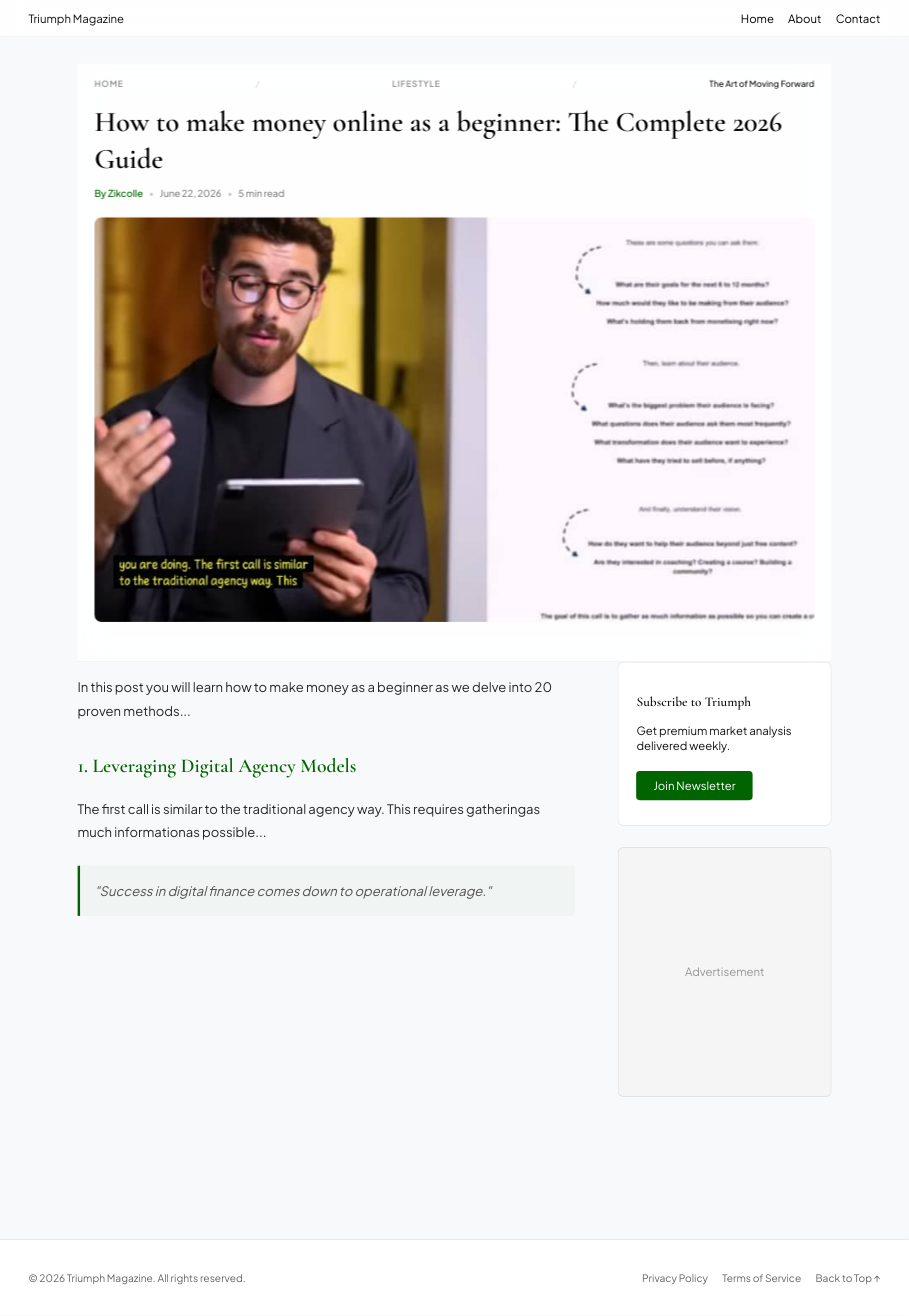
Repository: zikcolle/Triumph-Blog
Page: post.html
These files come from the project's save history. The page is drawn as it stood at one moment and after a run of saves; the edit follows.
The browser window is 1280 px wide. The pictures show the whole page, at 71% of full size.

Above is the page before, as saved 2026-06-23 12:44:24.

### post.html
<!DOCTYPE html>
<html lang="en">

<head>
    <meta charset="UTF-8">
    <meta name="viewport" content="width=device-width, initial-scale=1.0">
    <title>Triumph Magazine</title>
    <link rel="stylesheet" href="styles.css">
    <link rel="preconnect" href="https://fonts.googleapis.com">
    <link rel="preconnect" href="https://fonts.gstatic.com" crossorigin>
    <link
        href="https://fonts.googleapis.com/css2?family=Cormorant+Garamond:ital,wght@0,400;0,600;1,400&family=Plus+Jakarta+Sans:wght@300;400;500;600&display=swap"
        rel="stylesheet">
</head>

<body>
    <header>
        <nav>
            <div class="logo">Triumph Magazine</div>
            <button class="menu-toggle" aria-label="Toggle menu" onclick="toggleMenu()">
                <span></span>
                <span></span>
                <span></span>
            </button>

            <ul id="nav-links">
                <li><a href="#">Home</a></li>
                <li><a href="/about-us">About</a></li>
                <li><a href="/contact-us">Contact</a></li>
            </ul>
        </nav>
    </header>


    <main>
        <article class="post-container">

            <header class="post-header">
                <nav class="breadcrumbs" aria-label="Breadcrumb">
                    <a href="index.html" class="breadcrumb-link">Home</a>
                    <span class="breadcrumb-separator">/</span>
                    <a href="#" class="breadcrumb-link">Lifestyle</a> <span class="breadcrumb-separator">/</span>
                    <span class="breadcrumb-current">The Art of Moving Forward</span>
                </nav>
                <h1>How to make money online as a beginner: The Complete 2026 Guide</h1>

                <div class="post-meta">
                    <span class="meta-author">By Zikcolle</span>
                    <span class="meta-divider">&bull;</span>
                    <span class="meta-date">June 22, 2026</span>
                    <span class="meta-divider">&bull;</span>
                    <span class="meta-time">5 min read</span>
                </div>

                <img src="simage\postiman.jpeg" class="post-hero-image">
            </header>

            <div class="post-body-split">

                <!--  The 70% Left Side -->
                <section class="post-content">
                    <p>In this post you will learn how to make money as a beginner as we delve into 20 proven methods...
                    </p>
                    <h2>1. Leveraging Digital Agency Models</h2>
                    <p>The first call is similar to the traditional agency way. This requires gatheringas much
                        informationas possible...</p>
                    <blockquote>"Success in digital finance comes down to operational leverage."</blockquote>
                </section>

                <!--  The 30% Left Side -->
                <aside class="post-sidebar">
                    <div class="sidebar-widget">
                        <h3>Subscribe to Triumph</h3>
                        <p>Get premium market analysis delivered weekly.</p>
                        <!-- Placeholder for future email input-->
                        <a href="#" class="view-more">Join Newsletter</a>
                    </div>

                    <div class="sidebar-widget ad-space">
                        <!-- Placeholder for future Google Adsesne-->
                        <p>Advertisement</p>
                    </div>
                </aside>
            </div>
        </article>
    </main>

    <footer>
        <div class="footer-container">
            <p class="copyright">&copy; 2026 Triumph Magazine. All rights reserved.</p>
            <div class="footer-links">
                <a href="#">Privacy Policy</a>
                <a href="#">Terms of Service</a>
                <a href="#top">Back to Top &uarr;</a>
            </div>
        </div>
    </footer>

    <script src="script.js"></script>
</body>

</html>

### styles.css
body {
    background-color: #f8f9fa;
    color: #111111;
    font-family: 'Plus Jakarta Sans', sans-serif;
    margin: 0;
    padding: 0;

}

h1, h2, h3, .brand-logo {
    font-family: 'Cormorant Garamond', serif;
    font-weight: 600;
}

header {
    position: fixed; /* Keeps navigation fixed at the top while scrolling */
    top: 0;
    left: 0;
    width: 100%;
    z-index: 9999;
    background-color: rgba(255, 255, 255, 0.85);
    backdrop-filter: blur(20px) saturate(180%);
    -webkit-backdrop-filter: blur(20px) saturate(180%);
    border-bottom: 1px solid rgba(0, 0, 0, 0.06);
    box-sizing: border-box;
    padding: 15px 24px;
}

nav {
   display: flex;
    justify-content: space-between;
    align-items: center;
    max-width: 1200px;
    margin: 0 auto;
}

nav ul {
    list-style: none;
    display: flex;
    gap: 20px;
    margin: 0;
    padding: 0;
}

nav ul li a {
    text-decoration: none;
    color: rgb(0, 0, 0);
}

nav a:hover {
    color: rgb(0, 101, 0);
    text-decoration: underline;
}

.hamburger {
    display: none;
    font-size: 24px;
}

.menu-toggle {
    display: none;
    flex-direction: column;
    justify-content: space-between;
    width: 24px;
    height: 18px;
    background: transparent;
    border: none;
    cursor: pointer;
    padding: 0;
    z-index: 10001;
}

.menu-toggle span {
    width: 100%;
    height: 2px;
    background-color: #111111;
    border-radius: 2px;
    transition: all 0.3s cubic-bezier(0.16, 1, 0.3, 1);
}

/* Hamburger to 'X' Morphing Animations */
.menu-toggle.active span:nth-child(1) {
    transform: translateY(8px) rotate(45deg);
}

.menu-toggle.active span:nth-child(2) {
    opacity: 0;
    transform: translateX(-10px);
}

.menu-toggle.active span:nth-child(3) {
    transform: translateY(-8px) rotate(-45deg);
}

@media (max-width: 768px) {
    .menu-toggle {
        display: flex; /* Show hamburger on mobile */
    }

    nav ul {
        display: flex !important; /* Override display rules to let transitions function */
        flex-direction: column;
        position: fixed;
        top: 0;
        right: 0;
        width: 100%;
        height: 100vh;
        background-color: rgba(255, 255, 255, 0.98);
        padding: 100px 40px 40px 40px;
        box-sizing: border-box;

        /* Premium 2026 Slide-and-Fade State Hidden */
        opacity: 0;
        visibility: hidden;
        transform: translateY(-20px);
        transition: transform 0.5s cubic-bezier(0.16, 1, 0.3, 1),
                    opacity 0.4s ease,
                    visibility 0.4s;
        z-index: 10000;
    }

    /* Active Slate Triggered by JavaScript Toggle */
    nav ul.active {
        opacity: 1;
        visibility: visible;
        transform: translateY(0);
    }

    nav ul li {
        margin: 20px 0;
        opacity: 0;
        transform: translateY(10px);
        transition: all 0.4s ease;
    }

    nav ul.active li {
        opacity: 1;
        transform: translateY(0);
        transition-delay: 0.2s; /* Subtle staggered text loading effect */
    }

    .hamburger {
        display: block;
        cursor: pointer;
    }
}

main {
    padding: 10px;
}

@media (min-width: 768px) {
    main {
        padding: 50px;
    }
}

img,
svg,
video,
canvas,
iframe {
    max-width: 100%;
    height: auto;
    display: block;
}

.label-post {
    background-color: rgb(0, 101, 0);
    color: rgb(255, 255, 255);
    max-width: fit-content;
    padding: 10px;
    border-radius: 15px;
    font-size: 1rem;
}

.feat-post {
    display: flex;
    flex-direction: column;
    gap: 24px;
    background-color: rgb(255, 255, 255);
    border: 1px solid rgba(0, 0, 0, 0.129);
    border-radius: 10px;
    padding: 24px;
}

.feat-post img {
    width: 100%;
    height: auto;
    object-fit: cover;
    border-radius: 6px;
}

.feat-content {
    display: flex;
    flex-direction: column;
    align-items: flex-start;
    gap: 12px;
}

@media (min-width: 768px) {
    .feat-post {
        flex-direction: row;
        align-items: center;
    }

    .feat-post img {
        width: 50%;
    }

    .feat-content {
        width: 50%;
        padding-left: 20px;
    }
}

.read-more {
    background-color: rgb(0, 101, 0);
    color: rgb(255, 255, 255);
    text-decoration: none;
    max-width: fit-content;
    padding: 5px;
    border-radius: 5px;
}

.post-grid {
    display: grid;
    grid-template-columns: 1fr;
    gap: 40px 32px;
    max-width: 1200px;
    margin: 0 auto;
    padding: 24px;
}

@media (min-width: 768px) {
    .post-grid {
        grid-template-columns: repeat(2, 1fr);
    }
}

.post-grid h2,
.post-grid h3 {
    font-size: 1.25rem;
    line-height: 1.4;
    margin: 10px 0;
}

.post-grid img {
    width: 100%;
    aspect-ratio: 16 / 9;
    object-fit: cover;
    border-radius: 6px;
}

.blog-post {
    background-color: rgb(255, 255, 255);
    border: 1px solid rgba(0, 0, 0, 0.129);
    border-radius: 10px;
    padding: 20px;
    margin: 5px;
    line-height: 2;
}

.view-more {
    background-color: rgb(0, 101, 0);
    color: rgb(255, 255, 255);
    text-decoration: none;
    display: inline-block;
    padding: 10px 24px;
    margin: 10px 0;
    border-radius: 5px;
}

.rel-post {
    display: flex;
    align-items: center;
    gap: 20px;
    background-color: rgb(255, 255, 255);
    width: 100%;
    max-width: 500px;
    padding: 10px;
    border: 1px solid rgba(0, 0, 0, 0.129);
    border-radius: 5px;
    backdrop-filter: blur(20px) saturate(180%);
    -webkit-backdrop-filter: blur(20px) saturate(180%);
    box-shadow: 0 1px 0 rgba(0, 0, 0, 0.04), 0 2px 16px rgba(0, 0, 0, 0.04);
}

.rel-post img {
    width: 100px;
    aspect-ratio: 16 / 9;
    object-fit: cover;
}

.rel-post a {
    color: rgb(0, 0, 0);
    text-decoration: none;
    font-weight: 600;
    transition: color 0.2s ease;
}

.rel-post a:hover {
    color: rgb(0, 101, 0);
}

footer {
    background-color: rgb(255, 255, 255);
    border-top: 1px solid rgba(0, 0, 0, 0.108);
    padding: 30px 20px;
    margin-top: 80px;
}

.footer-container {
    display: flex;
    flex-direction: column;
    align-items: center;
    gap: 15px;
    max-width: 1200px;
    margin: 0 auto;
    font-size: 0.9rem;
    color: rgb(100, 100, 100);
}

.footer-links {
    display: flex;
    gap: 20px;
}

.footer-links a {
    color: rgb(100, 100, 100);
    text-decoration: none;
    transition: color 0.2s ease;
}

.footer-links a:hover {
    color: rgb(0, 101, 0);
}

@media (min-width: 768px) {
    .footer-container {
        flex-direction: row;
        justify-content: space-between;
    }
}

.post-meta {
    display: flex;
    align-items: center;
    gap: 8px;
    font-size: 0.85rem;
    color: rgb(130, 130, 130);
    font-weight: 500;
    letter-spacing: -0.01em;
}

.meta-author {
    color: rgb(0, 101, 0);
}

.meta-divider {
    color: rgba(0, 0, 0, 0.2);
}

/* --- SINGLE POST PAGE STYLES --- */

.post-container {
    max-width: 1100px;
    margin: 40px auto;
    padding: 0 20px;
}

.post-header {
    position: relative;
    z-index: 1 !important;
}

.post-header h1 {
    font-size: 1.7rem;
    line-height: 1.3;
    color: rgb(0, 0, 0);
    margin-top: 20px;
    margin-bottom: 15px;
}

.post-header .post-meta {
    margin-bottom: 25px;
}

.post-hero-image {
    width: 100%;
    height: auto;
    aspect-ratio: 16 / 9;
    object-fit: cover;
    border-radius: 10px;
    margin-bottom: 40px;
}

.post-body-split {
    display: flex;
    flex-direction: column;
    gap: 40px;
}

.post-content {
    font-size: 1.15rem;
    line-height: 1.7;
    color: rgb(40, 40, 40);
}

.post-content h2 {
    margin-top: 40px;
    margin-bottom: 15px;
    color: rgb(0, 101, 0);
}

.post-content p {
    margin-bottom: 20px;
    line-height: 1.8;
}

.post-content blockquote {
    border-left: 4px solid rgb(0, 101, 0);
    padding-left: 20px;
    margin: 30px 0;
    font-style: italic;
    color: rgb(80, 80, 80);
    background-color: rgba(0, 101, 0, 0.03);
    padding: 20px;
    border-radius: 0 5px 5px 0;
}

.sidebar-widget {
    background-color: rgb(255, 255, 255);
    border: 1px solid rgba(0, 0, 0, 0.1);
    border-radius: 8px;
    padding: 25px;
    margin-bottom: 30px;
}

.sidebar-widget.ad-space {
    background-color: rgb(245, 245, 245);
    text-align: center;
    color: rgb(150, 150, 150);
    min-height: 300px;
    display: flex;
    align-items: center;
    justify-content: center;
}

@media (min-width: 900px) {
    .post-header h1 {
        font-size: 2.5rem;
    }

    .post-body-split {
        flex-direction: row;
        align-items: flex-start;
        gap: 60px;
    }

    .post-container {
        padding: 0 5%;
    }

    .post-content {
        width: 70%;
    }

    .post-sidebar {
        width: 30%;
        position: sticky;
        top: 100px;
    }
}

/* ==========================================================================
   EDITORIAL BREADCRUMBS
   ========================================================================== */
.breadcrumbs {
    display: flex;
    align-items: center;
    flex-wrap: nowrap; /* Forces everything on a single line */
    gap: 10px;
    font-family: 'Plus Jakarta Sans', sans-serif;
    font-size: 0.75rem; /* Small, crisp UI footprint */
    font-weight: 600;
    letter-spacing: 0.08em; /* Clean, intentional tracking */
    text-transform: uppercase;
    margin-bottom: 20px; /* Perfect breathing room before the huge H1 title */
    padding-top: 5px;
}

.breadcrumb-link {
    color: #8c8c8c;
    text-decoration: none;
    transition: color 0.2s ease;
}

/* 2026 Micro-interaction: Subtle hover phase-in */
.breadcrumb-link:hover {
    color: #111111;
}

.breadcrumb-separator {
    color: #cccccc;
    font-weight: 400;
    user-select: none; /* Prevents user from accidentally selecting the slash text */
}

.breadcrumb-current {
    color: #111111;
    font-weight: 500;
    text-transform: none; /* Keeps the actual post title in its original casing */
    letter-spacing: normal;

    /* Elegant single-line truncate fallback for small mobile viewports */
    white-space: nowrap;
    overflow: hidden;
    text-overflow: ellipsis;
    max-width: 180px;
}

/* Responsive adjustments for mid-size screens */
@media (min-width: 768px) {
    .breadcrumb-current {
        max-width: 400px; /* Allows more title real estate on desktop */
    }
}

### script.js
function toggleMenu() {
        document.getElementById('nav-links').classList.toggle('active');
    }

    function toggleMenu() {
    const menu = document.querySelector('nav ul');
    const button = document.querySelector('.menu-toggle');

    menu.classList.toggle('active');
    button.classList.toggle('active');
}

After the next 2 saves:
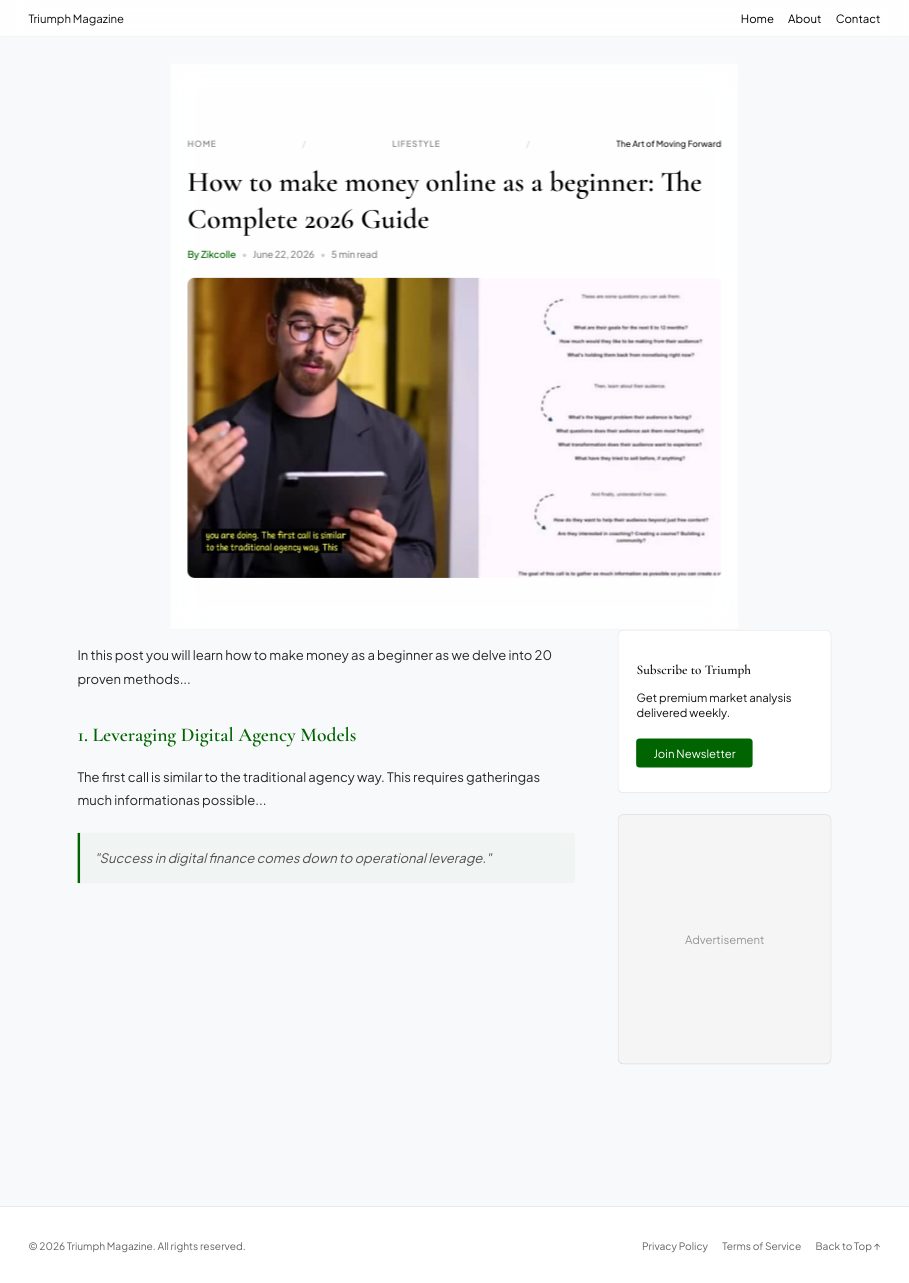
The 2 saves are shown as one change because they came seconds apart.
The last was saved 6 s later.
--- a/styles.css
+++ b/styles.css
@@ -372,6 +372,13 @@ footer {
 .post-header {
     position: relative;
     z-index: 1 !important;
+    padding-top: 100px;
+   padding-bottom: 32px;
+   max-width: 800px;
+   margin: 0 auto;
+   padding-left: 24px;
+   padding-right: 24px;
+   box-sizing: border-box;
 }
 
 .post-header h1 {
